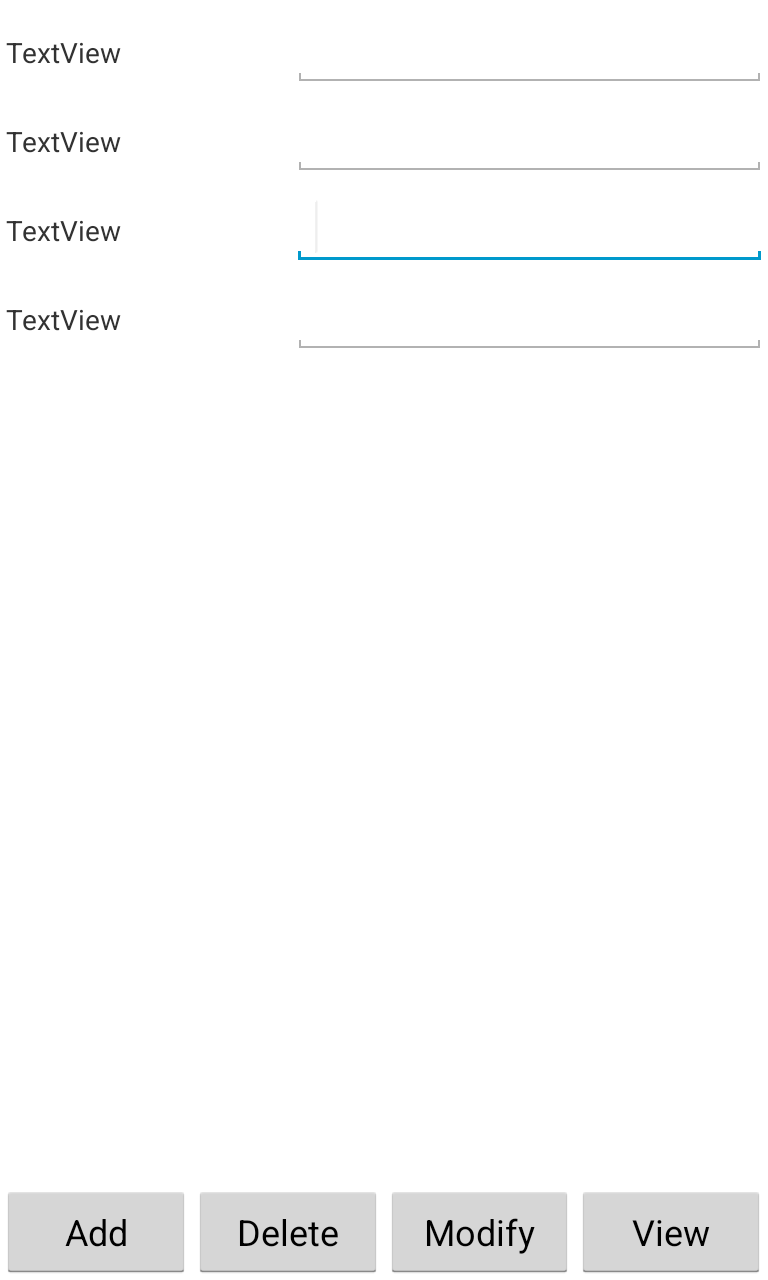
Repository: AungWinnHtut/Android
Layout: mywork1/Sale_system/res/layout/activity_main.xml
The author's editor kept a copy of each file at every save. The layout is drawn from the files as they stood at one save, then again after the next save.
It is drawn on a 768 x 1280 px phone screen (xhdpi) without system bars, with theme AppTheme; the app's code is not run.

Above is the layout before, as saved 2015-07-12 04:27:14.

### mywork1/Sale_system/res/layout/activity_main.xml
<LinearLayout xmlns:tools="http://schemas.android.com/tools"
    android:id="@+id/LinearLayout1"
    android:layout_width="match_parent"
    android:layout_height="match_parent"
    android:orientation="vertical" xmlns:android="http://schemas.android.com/apk/res/android">




    <LinearLayout
        android:layout_width="match_parent"
        android:layout_height="wrap_content"
        android:layout_marginLeft="3dp"
        android:layout_marginTop="5dp"
        android:orientation="horizontal" >

        <TextView
            android:id="@+id/textView1"
            android:layout_width="0dp"
            android:layout_height="wrap_content"
            android:layout_weight="0.3"
            android:text="TextView" />

        <EditText
            android:id="@+id/editText1"
            android:layout_width="0dp"
            android:layout_weight="0.5
            "
            android:layout_height="wrap_content"
            android:ems="10" />

    </LinearLayout>




    <LinearLayout
        android:layout_width="match_parent"
        android:layout_height="wrap_content"
        android:layout_marginLeft="3dp"
        android:layout_marginTop="5dp"
        android:orientation="horizontal" >

        <TextView
            android:id="@+id/textView2"
            android:layout_width="0dp"
            android:layout_height="wrap_content"
            android:layout_weight="0.3"
            android:text="TextView" />

        <EditText
            android:id="@+id/editText2"
            android:layout_width="0dp"
            android:layout_height="wrap_content"
            android:layout_weight="0.5"
            android:ems="10" />

    </LinearLayout>




    <LinearLayout
        android:layout_width="match_parent"
        android:layout_height="wrap_content"
        android:layout_marginLeft="3dp"
        android:layout_marginTop="5dp"
        android:orientation="horizontal" >

        <TextView
            android:id="@+id/textView3"
            android:layout_width="0dp"
                  android:layout_weight="0.3"
            android:layout_height="wrap_content"
            android:text="TextView" />

        <EditText
            android:id="@+id/editText3"

            android:layout_height="wrap_content"
       android:layout_weight="0.5"
            android:ems="10" >

            <requestFocus />
        </EditText>

    </LinearLayout>





    <LinearLayout
        android:layout_width="match_parent"
        android:layout_height="wrap_content"
        android:layout_marginLeft="3dp"
        android:layout_marginTop="5dp"
        android:orientation="horizontal" >

        <TextView
            android:id="@+id/textView4"
         android:layout_width="0dp"
            android:layout_height="wrap_content"
                  android:layout_weight="0.3"
            android:text="TextView" />

        <EditText
            android:id="@+id/editText4"

            android:layout_height="wrap_content"
            android:layout_weight="0.5"
            android:ems="10" />

    </LinearLayout>


















    <LinearLayout
        android:layout_width="match_parent"
        android:layout_height="match_parent"
        android:layout_gravity="bottom" >




        <Button
            android:id="@+id/btnadd"
            android:layout_width="0dp"
            android:layout_height="wrap_content"
            android:layout_gravity="bottom"
            android:layout_weight="0.1"
            android:text="Add" />






        <Button
            android:id="@+id/button1"
            android:layout_width="0dp"
            android:layout_height="wrap_content"
            android:layout_gravity="bottom"
            android:layout_weight="0.1"
            android:text="Delete" />




        <Button
            android:id="@+id/btnmodify"
            android:layout_width="0dp"
            android:layout_height="wrap_content"
            android:layout_gravity="bottom"
            android:layout_weight="0.1"
            android:text="Modify" />




        <Button
            android:id="@+id/btnview"
            android:layout_width="0dp"
            android:layout_height="wrap_content"
            android:layout_gravity="bottom"
            android:layout_weight="0.1"
            android:text="View" />

    </LinearLayout>

</LinearLayout>

Loaded but not shown: mywork1/Sale_system/res/values-v11/styles.xml (common file); mywork1/Sale_system/res/values-v14/styles.xml (common file); mywork1/Sale_system/res/values/styles.xml (common file)

After the next save:
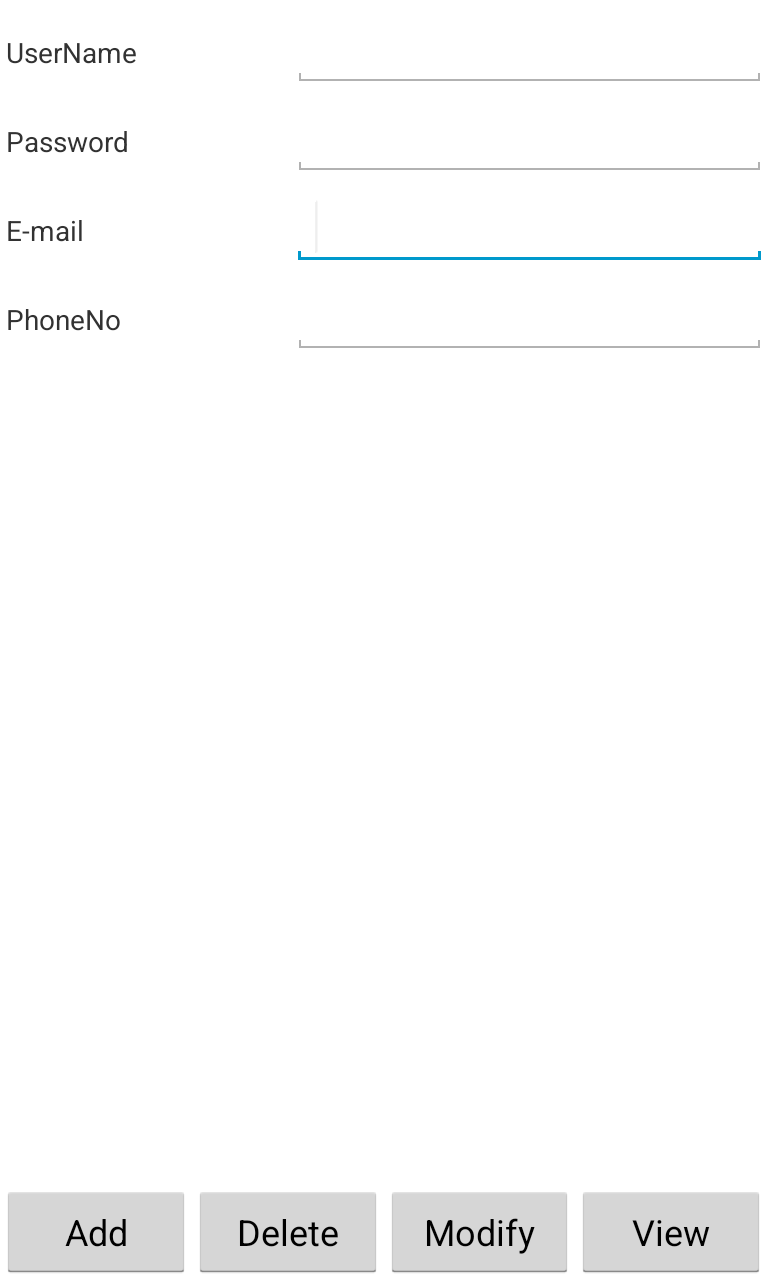
Saved 2 min 16 s later.
--- a/mywork1/Sale_system/res/layout/activity_main.xml
+++ b/mywork1/Sale_system/res/layout/activity_main.xml
@@ -14,19 +14,21 @@
         android:layout_marginTop="5dp"
         android:orientation="horizontal" >
 
+
         <TextView
             android:id="@+id/textView1"
             android:layout_width="0dp"
             android:layout_height="wrap_content"
             android:layout_weight="0.3"
-            android:text="TextView" />
+            android:text="UserName" />
+
 
         <EditText
-            android:id="@+id/editText1"
+            android:id="@+id/txtusername"
             android:layout_width="0dp"
+            android:layout_height="wrap_content"
             android:layout_weight="0.5
             "
-            android:layout_height="wrap_content"
             android:ems="10" />
 
     </LinearLayout>
@@ -41,15 +43,17 @@
         android:layout_marginTop="5dp"
         android:orientation="horizontal" >
 
+
         <TextView
             android:id="@+id/textView2"
             android:layout_width="0dp"
             android:layout_height="wrap_content"
             android:layout_weight="0.3"
-            android:text="TextView" />
+            android:text="Password" />
+
 
         <EditText
-            android:id="@+id/editText2"
+            android:id="@+id/txtpassword"
             android:layout_width="0dp"
             android:layout_height="wrap_content"
             android:layout_weight="0.5"
@@ -67,18 +71,19 @@
         android:layout_marginTop="5dp"
         android:orientation="horizontal" >
 
+
         <TextView
             android:id="@+id/textView3"
             android:layout_width="0dp"
-                  android:layout_weight="0.3"
             android:layout_height="wrap_content"
-            android:text="TextView" />
+            android:layout_weight="0.3"
+            android:text="E-mail" />
+
 
         <EditText
-            android:id="@+id/editText3"
-
+            android:id="@+id/txtphonno"
             android:layout_height="wrap_content"
-       android:layout_weight="0.5"
+            android:layout_weight="0.5"
             android:ems="10" >
 
             <requestFocus />
@@ -97,16 +102,17 @@
         android:layout_marginTop="5dp"
         android:orientation="horizontal" >
 
+
         <TextView
             android:id="@+id/textView4"
-         android:layout_width="0dp"
+            android:layout_width="0dp"
             android:layout_height="wrap_content"
-                  android:layout_weight="0.3"
-            android:text="TextView" />
+            android:layout_weight="0.3"
+            android:text="PhoneNo" />
+
 
         <EditText
-            android:id="@+id/editText4"
-
+            android:id="@+id/txtphone"
             android:layout_height="wrap_content"
             android:layout_weight="0.5"
             android:ems="10" />
